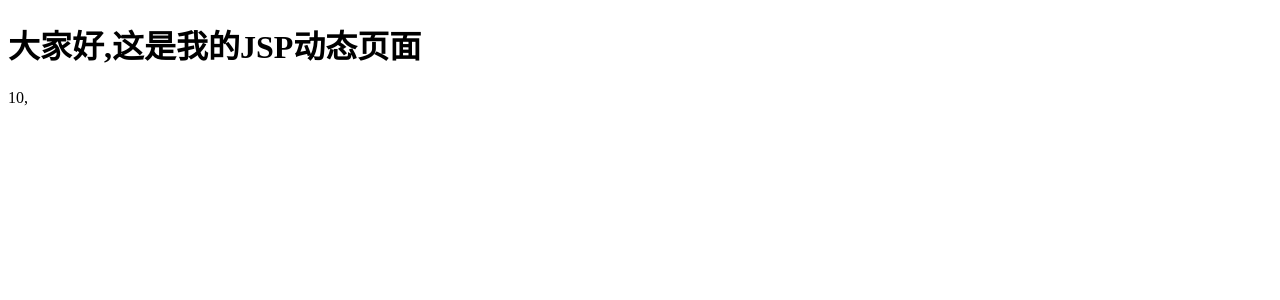
Repository: liujianbo2017/zuoye
Page: http://localhost/day38demo/demo01/demo1.jsp
These files come from the project's save history. The page is drawn as it stood at one moment and after the next save; the edit follows.
The browser window is 1280 px wide. The pictures show the whole page.
The page is served by Tomcat 9. Other server files are loaded and not shown.

Above is the page before, as saved 2017-10-07 07:24:04.

### day38demo/WebContent/demo01/demo1.jsp
<%@ page language="java" contentType="text/html; charset=UTF-8"
    pageEncoding="UTF-8"%>
<!DOCTYPE html PUBLIC "-//W3C//DTD HTML 4.01 Transitional//EN" "http://www.w3.org/TR/html4/loose.dtd">
<html>
<head>
<meta http-equiv="Content-Type" content="text/html; charset=UTF-8">
<title>Insert title here</title>
</head>
<body>
	<h1>大家好,这是我的JSP动态页面</h1>
	<%
	//由第一种脚步括起来的java代码都是_jspService方法中的代码,所以定义的变量是局部变量
	int a = 10;
	System.out.println(a);
	%>
	<%= a %>,<br/>
</body>
</html>

After the next save:
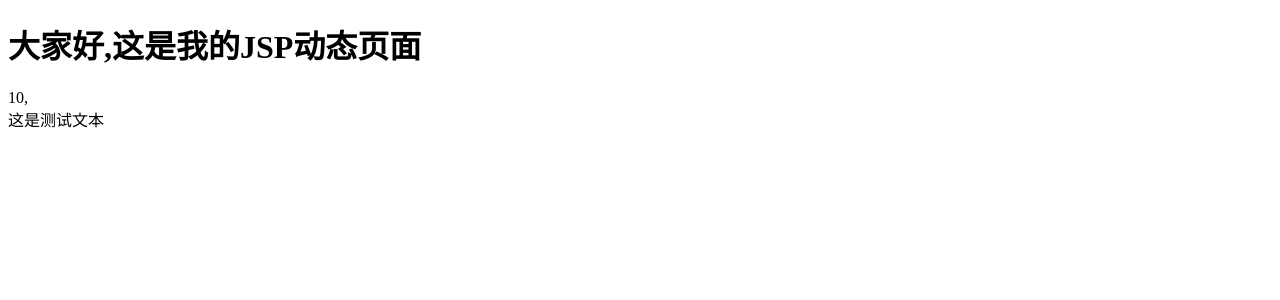
Saved 81 s later.
--- a/day38demo/WebContent/demo01/demo1.jsp
+++ b/day38demo/WebContent/demo01/demo1.jsp
@@ -14,5 +14,6 @@
 	System.out.println(a);
 	%>
 	<%= a %>,<br/>
+	<font size<%= a-3 %>>这是测试文本</font>
 </body>
 </html>
